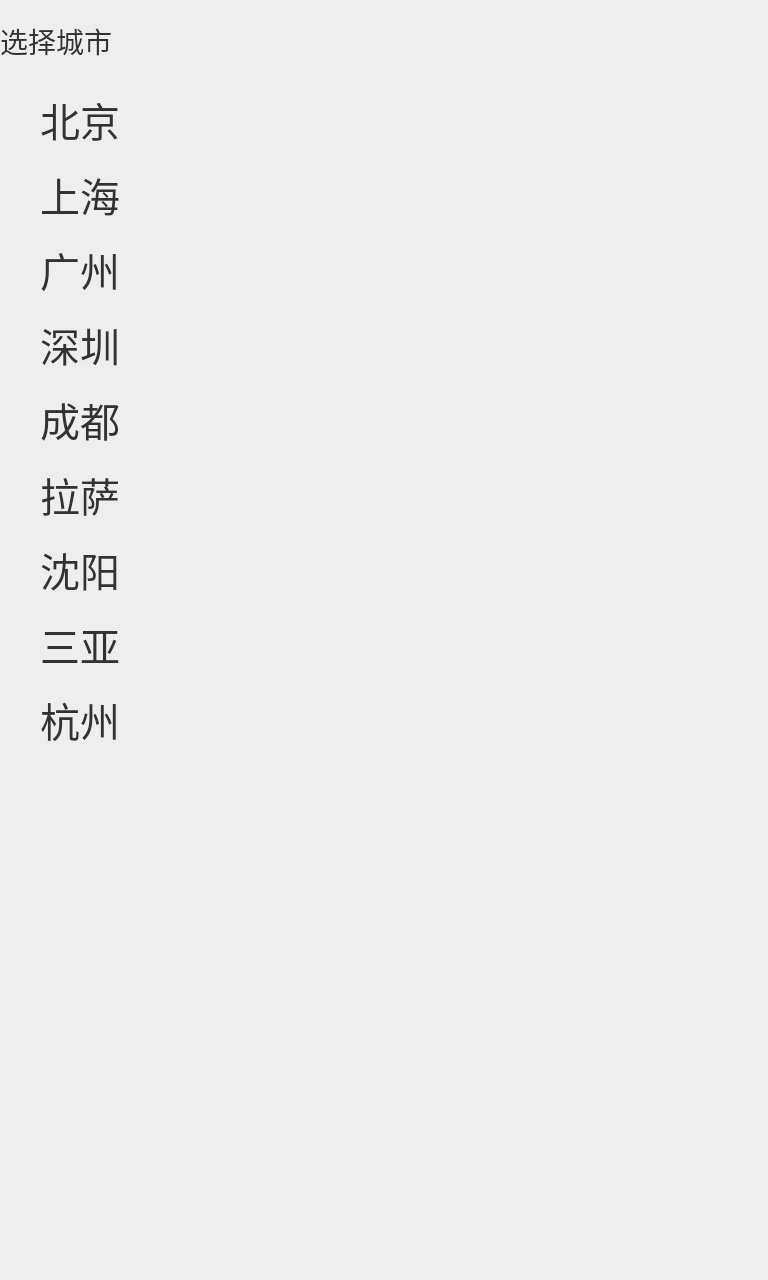
Repository: xuelang201201/Android
Layout: Android网络/天气预报/res/layout/menu.xml
The author's editor kept a copy of each file at every save. The layout is drawn from the files as they stood at one save, then again after a run of saves.
It is drawn on a 768 x 1280 px phone screen (xhdpi) without system bars, with theme AppBaseTheme; the app's code is not run.

Above is the layout before, as saved 2016-03-30 07:19:41.

### Android网络/天气预报/res/layout/menu.xml
<?xml version="1.0" encoding="utf-8"?>
<LinearLayout xmlns:android="http://schemas.android.com/apk/res/android"
    android:layout_width="match_parent"
    android:layout_height="match_parent"
    android:background="#eeeeee"
    android:orientation="vertical" >

    <TextView
        android:layout_width="match_parent"
        android:layout_height="wrap_content"
        android:paddingBottom="10dp"
        android:paddingTop="10dp"
        android:text="选择城市" />

    <TextView
        android:id="@+id/tv_menu_bj"
        android:layout_width="match_parent"
        android:layout_height="wrap_content"
        android:clickable="true"
        android:onClick="setCity"
        android:paddingBottom="4dp"
        android:paddingLeft="20dp"
        android:paddingTop="4dp"
        android:text="北京"
        android:textSize="20sp" />

    <TextView
        android:id="@+id/tv_menu_sh"
        android:layout_width="match_parent"
        android:layout_height="wrap_content"
        android:clickable="true"
        android:onClick="setCity"
        android:paddingBottom="4dp"
        android:paddingLeft="20dp"
        android:paddingTop="4dp"
        android:text="上海"
        android:textSize="20sp" />

    <TextView
        android:id="@+id/tv_menu_gz"
        android:layout_width="match_parent"
        android:layout_height="wrap_content"
        android:clickable="true"
        android:onClick="setCity"
        android:paddingBottom="4dp"
        android:paddingLeft="20dp"
        android:paddingTop="4dp"
        android:text="广州"
        android:textSize="20sp" />

    <TextView
        android:id="@+id/tv_menu_sz"
        android:layout_width="match_parent"
        android:layout_height="wrap_content"
        android:clickable="true"
        android:onClick="setCity"
        android:paddingBottom="4dp"
        android:paddingLeft="20dp"
        android:paddingTop="4dp"
        android:text="深圳"
        android:textSize="20sp" />

    <TextView
        android:id="@+id/tv_menu_cd"
        android:layout_width="match_parent"
        android:layout_height="wrap_content"
        android:clickable="true"
        android:onClick="setCity"
        android:paddingBottom="4dp"
        android:paddingLeft="20dp"
        android:paddingTop="4dp"
        android:text="成都"
        android:textSize="20sp" />

    <TextView
        android:id="@+id/tv_menu_ls"
        android:layout_width="match_parent"
        android:layout_height="wrap_content"
        android:clickable="true"
        android:onClick="setCity"
        android:paddingBottom="4dp"
        android:paddingLeft="20dp"
        android:paddingTop="4dp"
        android:text="拉萨"
        android:textSize="20sp" />

    <TextView
        android:id="@+id/tv_menu_sy"
        android:layout_width="match_parent"
        android:layout_height="wrap_content"
        android:clickable="true"
        android:onClick="setCity"
        android:paddingBottom="4dp"
        android:paddingLeft="20dp"
        android:paddingTop="4dp"
        android:text="沈阳"
        android:textSize="20sp" />

    <TextView
        android:id="@+id/tv_menu_sanya"
        android:layout_width="match_parent"
        android:layout_height="wrap_content"
        android:clickable="true"
        android:onClick="setCity"
        android:paddingBottom="4dp"
        android:paddingLeft="20dp"
        android:paddingTop="4dp"
        android:text="三亚"
        android:textSize="20sp" />

    <TextView
        android:id="@+id/tv_menu_hz"
        android:layout_width="match_parent"
        android:layout_height="wrap_content"
        android:clickable="true"
        android:onClick="setCity"
        android:paddingBottom="4dp"
        android:paddingLeft="20dp"
        android:paddingTop="4dp"
        android:text="杭州"
        android:textSize="20sp" />

</LinearLayout>

Loaded but not shown: Android网络/天气预报/res/values-v11/styles.xml (common file); Android网络/天气预报/res/values-v14/styles.xml (common file); Android网络/天气预报/res/values/styles.xml (common file)

After the next 2 saves:
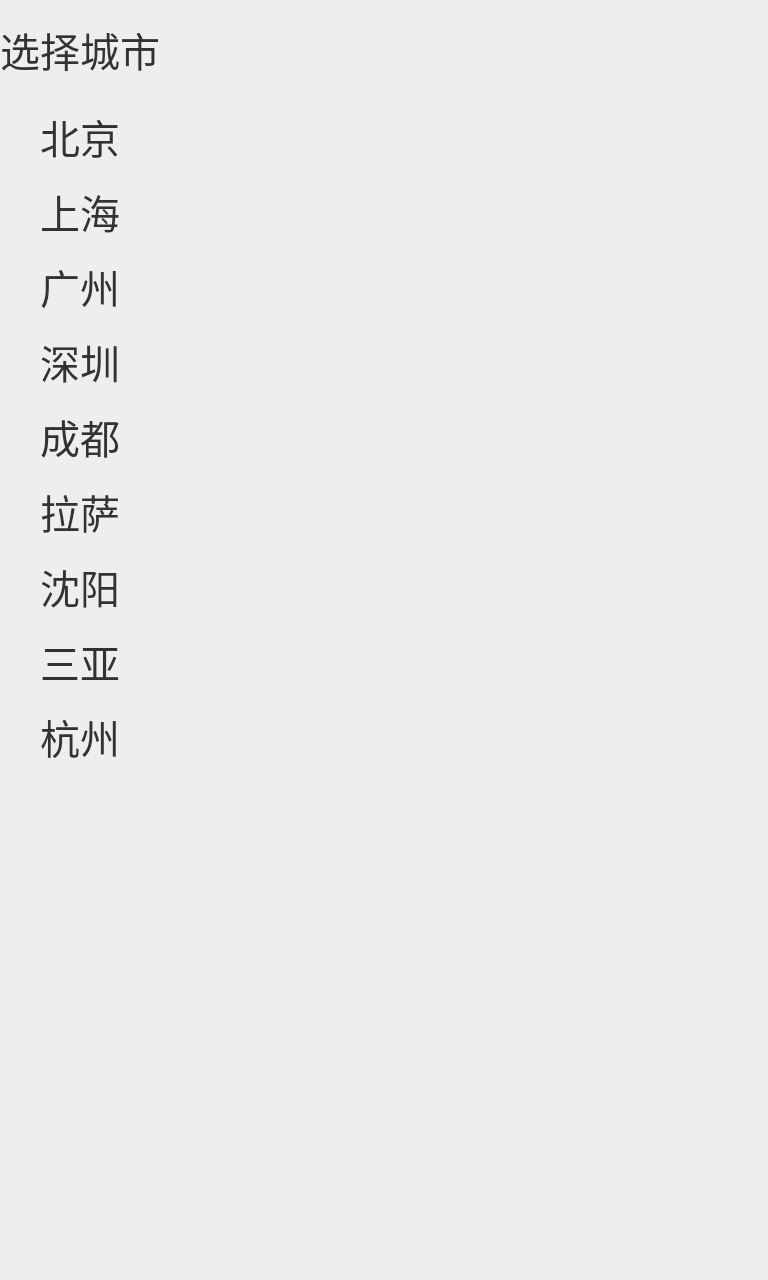
The 2 saves are shown as one change because they came seconds apart.
The last was saved 19 s later.
--- a/Android网络/天气预报/res/layout/menu.xml
+++ b/Android网络/天气预报/res/layout/menu.xml
@@ -10,7 +10,8 @@
         android:layout_height="wrap_content"
         android:paddingBottom="10dp"
         android:paddingTop="10dp"
-        android:text="选择城市" />
+        android:text="选择城市"
+        android:textSize="20sp" />
 
     <TextView
         android:id="@+id/tv_menu_bj"
